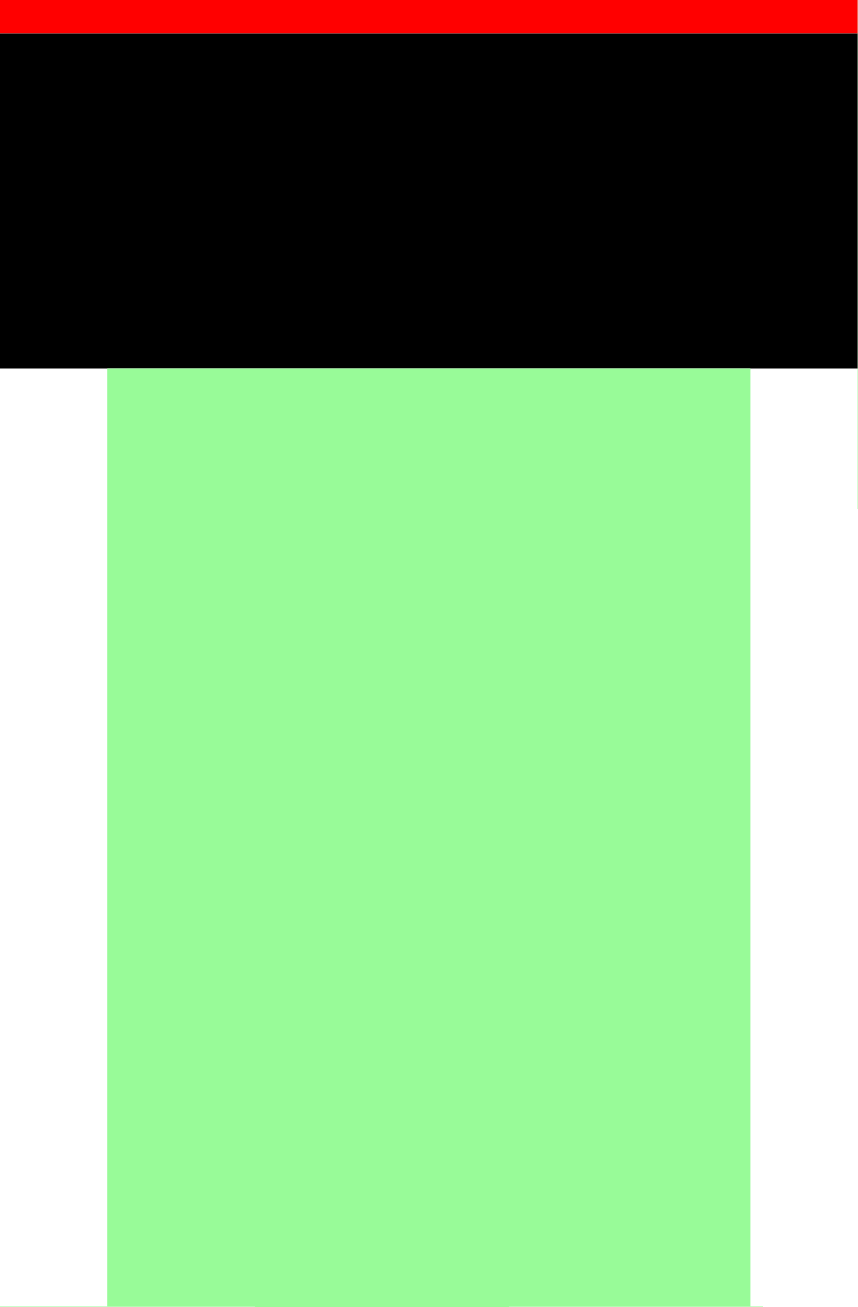
Repository: pooh0721/-
Page: test/index.html
The author's editor kept a record of every edit. The page is drawn from the files as they stood at one moment, then again after the next edit.
The browser window is 1280 px wide. The pictures show the whole page, at 67% of full size.

Above is the page before.

After the next edit:
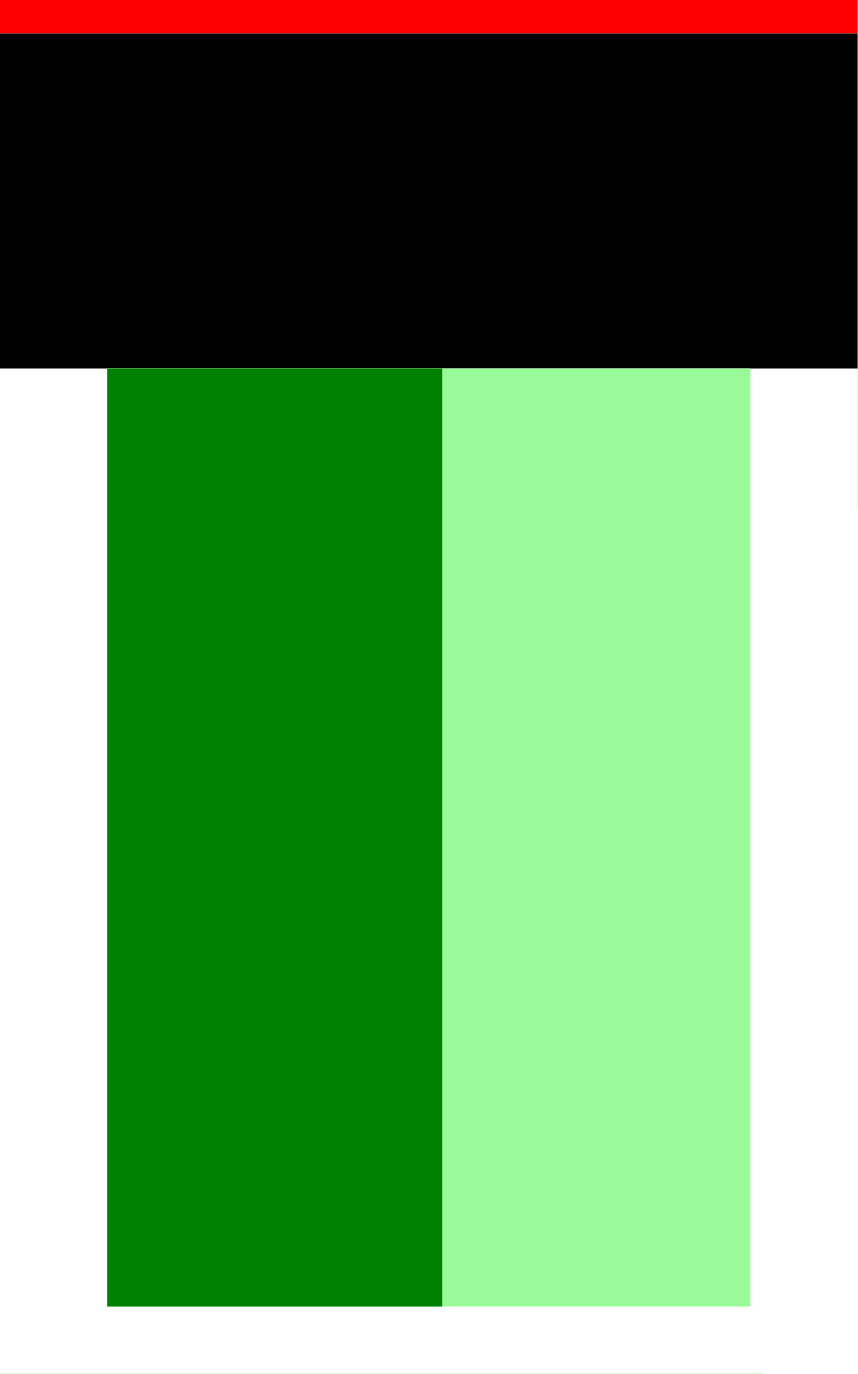
The edit:
--- a/test/index.html
+++ b/test/index.html
@@ -12,9 +12,13 @@
 
     <div class="main-visual"></div>
 
-    <div class="main"></div>
+    <div class="main">
+    <div class="main-side1"></div>
 
-    <div></div>
+
+    </div>
+
+    <div class="footer"></div>
 
   </body>
 </html>
